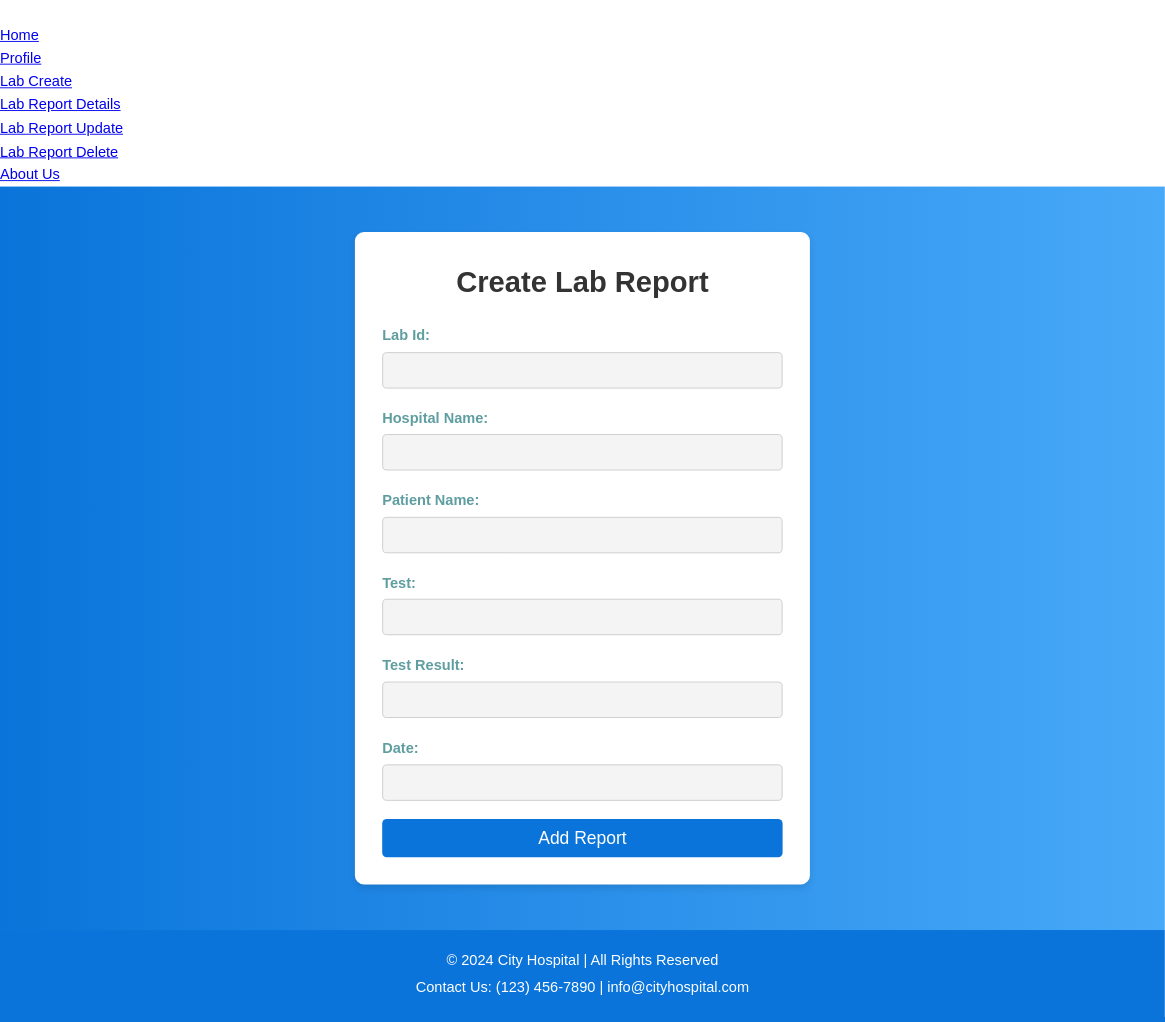
Repository: MonaliWatareka/echanneling
Page: http://localhost/PatientDemo/LabReportCreate.jsp
The author's editor kept a copy of each file at every save. The page is drawn from the files as they stood at one save, then again after the next save.
The browser window is 1280 px wide. The pictures show the whole page, at 91% of full size.
The page is served by Tomcat 10. Other server files are loaded and not shown.

Above is the page before, as saved 2024-10-13 07:37:03.
Not found: Project/PatientDemo/PatientDemo/Images/hui.jpg

### Project/PatientDemo/src/main/webapp/LabReportCreate.jsp
<%@ page language="java" contentType="text/html; charset=UTF-8"
    pageEncoding="UTF-8"%>
 <!DOCTYPE html>
<html>
<head>
<meta charset="UTF-8">
<title>Insert title here</title>
<link rel="stylesheet" href="${pageContext.request.contextPath}/css/LabReportCreate.css">
<link rel="stylesheet" href="${pageContext.request.contextPath}/css/Home.css">
</head>
<body>
    <header>
        <div class="header-container">
        <div class="logo">
                <img src="${pageContext.request.contextPath}/Images/hui.jpg" alt="">
              </div>
            <nav>
                <ul>
                    <li><a href="Home.jsp">Home</a></li>
                    <li><a href="Profile.jsp">Profile</a></li>
                    <li><a href="LabReportCreate.jsp">Lab Create</a></li>
                    <li><a href="LabReport.jsp">Lab Report Details</a></li>
                    <li><a href="labReportupdate.jsp">Lab Report Update</a></li>
                    <li><a href="LabReportDelete.jsp">Lab Report Delete</a></li>
                    <li><a href="Aboutus.jsp">About Us</a></li>
                </ul>
            </nav>
        </div>
    </header>

<section id="profile-section">
    <div class="profile-container">
        <h2>Create Lab Report</h2>
        <form action="insert" method="post">
            <div class="profile-field">
                <label for="HID">Lab Id:</label>
                <input type="text" id="id" name="lid" readonly>
            </div>
            <div class="profile-field">
                <label for="Hname">Hospital Name:</label>
                <input type="text" id="id" name="hname" required>
            </div>


            <div class="profile-field">
                <label for="Pname">Patient Name:</label>
                <input type="text" id="id" name="pname" required>
            </div>
            <div class="profile-field">
                <label for="test">Test:</label>
                <input type="text" id="name" name="test" required>
            </div>
            <div class="profile-field">
                <label for="details">Test Result:</label>
                <input type="text" id="address" name="details" required>
            </div>
            <div class="profile-field">
                <label for="date">Date:</label>
                <input type="text" id="phone" name="date" required>
            </div>

            <button type="submit" class="update-btn">Add Report</button>
        </form>
    </div>
</section>

    <footer>
        <div class="footer-container">
            <p>© 2024 City Hospital | All Rights Reserved</p>
            <p>Contact Us: (123) 456-7890 | info@cityhospital.com</p>
        </div>
    </footer>
</body>
</html>

### Project/PatientDemo/src/main/webapp/css/LabReportCreate.css
@charset "UTF-8";
#profile-section {
    background: linear-gradient(to right, #0a74da, #48a9f8);
    padding: 50px 20px;
    display: flex;
    justify-content: center;
    align-items: center;
}

.profile-container {
    background-color: #fff;
    padding: 30px;
    border-radius: 10px;
    width: 500px;
    box-shadow: 0 4px 8px rgba(0, 0, 0, 0.1);
    text-align: center;
}

.profile-container h2 {
    font-size: 2rem;
    margin-bottom: 20px;
    color: #333;
}

.profile-field {
    margin-bottom: 20px;
}

.profile-field label {
    display: block;
    text-align: left;
    font-size: 1rem;
    font-weight: bold;
    margin-bottom: 5px;
}

.profile-field input {
    width: 100%;
    padding: 10px;
    border-radius: 5px;
    border: 1px solid #ccc;
    font-size: 1rem;
    background-color: #f4f4f4;
}

.update-btn {
    background-color: #0a74da;
    color: #fff;
    padding: 10px 20px;
    border-radius: 5px;
    border: none;
    font-size: 1.2rem;
    cursor: pointer;
    width: 100%;
}

.update-btn:hover {
    background-color: #0056a3;
}

### Project/PatientDemo/src/main/webapp/css/Home.css
@charset "UTF-8";

* {
    margin: 0;
    padding: 0;
    box-sizing: border-box;
}

body {
    font-family: Arial, sans-serif;
    line-height: 1.6;
    color: cadetblue;
}




#hero {
    background: url('https://www.example.com/hospital-banner.jpg') no-repeat center center/cover;
    height: 70vh;
    display: flex;
    justify-content: center;
    align-items: center;
    color: #fff;
    text-align: center;
}

#hero h2 {
    font-size: 3rem;
    margin-bottom: 20px;
}

#hero p {
    font-size: 1.2rem;
    margin-bottom: 30px;
}

.cta-btn {
    background-color: #fff;
    color: #fff;
    padding: 10px 20px;
    border-radius: 5px;
    text-decoration: none;
    font-size: 1.2rem;
}


#services {
    padding: 50px 20px;
    background-color: #f4f4f4;
    text-align: center;
}

#services h2 {
    font-size: 2.5rem;
    margin-bottom: 40px;
}

.services-container {
    display: flex;
    justify-content: space-around;
    flex-wrap: wrap;
}

.service-box {
    background-color: #fff;
    padding: 20px;
    margin: 20px;
    border-radius: 10px;
    box-shadow: 0 4px 8px rgba(0, 0, 0, 0.1);
    flex-basis: 20%;
    text-align: center;
}

.service-box h3 {
    font-size: 1.8rem;
    margin-bottom: 15px;
}

.service-box p {
    font-size: 1rem;
}

footer {
    background-color: #0a74da;
    color: #fff;
    padding: 20px;
    text-align: center;
}

footer p {
    margin-bottom: 5px;
}

After the next save:
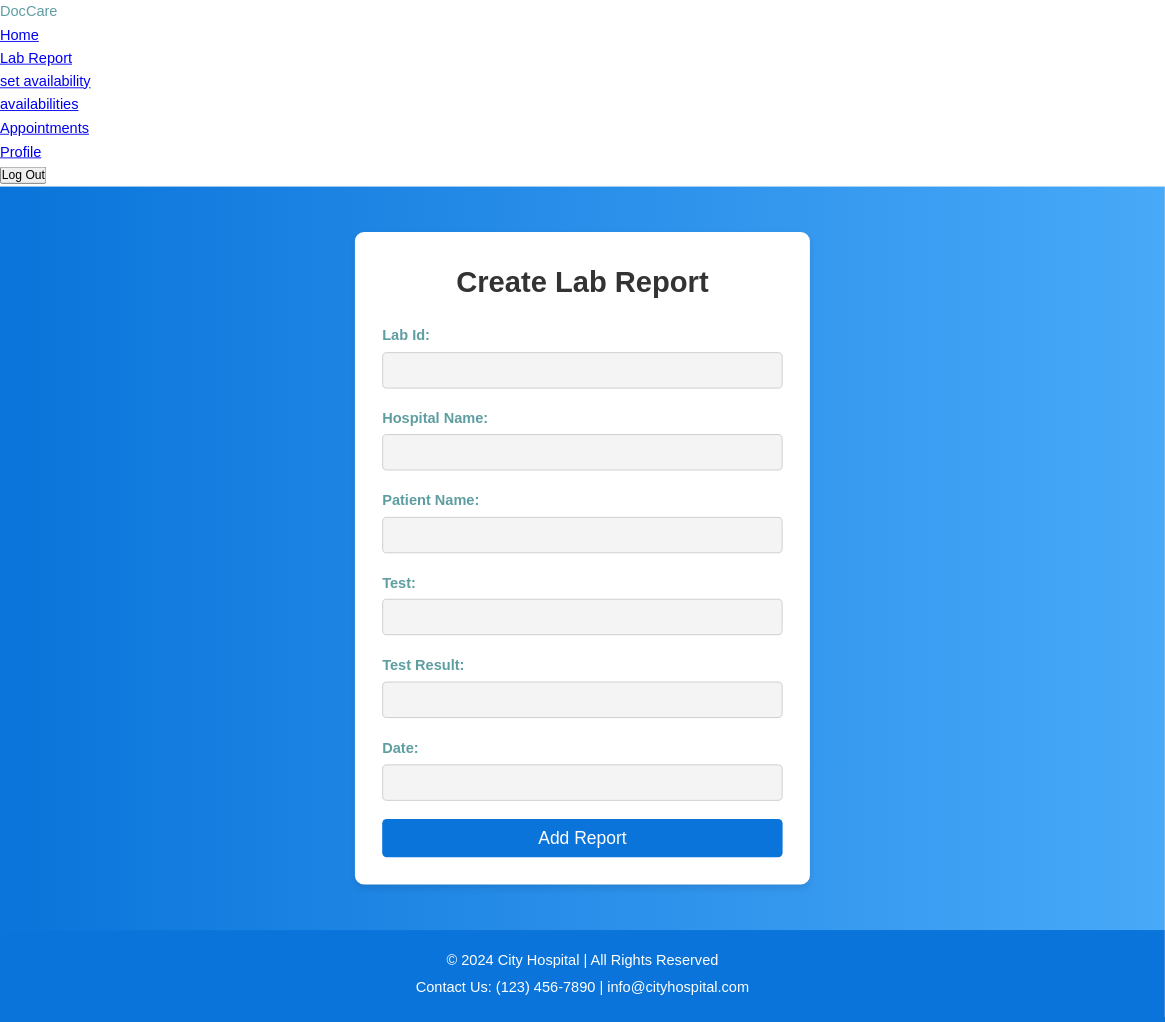
Saved 119 s later.
--- a/Project/PatientDemo/src/main/webapp/LabReportCreate.jsp
+++ b/Project/PatientDemo/src/main/webapp/LabReportCreate.jsp
@@ -10,23 +10,25 @@
 </head>
 <body>
     <header>
-        <div class="header-container">
-        <div class="logo">
-                <img src="${pageContext.request.contextPath}/Images/hui.jpg" alt="">
-              </div>
-            <nav>
-                <ul>
-                    <li><a href="Home.jsp">Home</a></li>
-                    <li><a href="Profile.jsp">Profile</a></li>
-                    <li><a href="LabReportCreate.jsp">Lab Create</a></li>
-                    <li><a href="LabReport.jsp">Lab Report Details</a></li>
-                    <li><a href="labReportupdate.jsp">Lab Report Update</a></li>
-                    <li><a href="LabReportDelete.jsp">Lab Report Delete</a></li>
-                    <li><a href="Aboutus.jsp">About Us</a></li>
+            <nav class="navbar">
+                <div class="logo">DocCare</div>
+                <ul class="nav-links">
+                    <li><a href="#" class="link active" >Home</a></li>
+                     <li><a href="#" class="link ">Lab Report</a></li>
+                    <li><a href="set" class="link ">set availability</a></li>
+
+                    <li><a href="display" class="link ">availabilities</a></li>
+                    <li><a href="AppointmentDisplayServlet" class="link ">Appointments</a></li>
+                    <li><a href="PatientAccServlet" class="link ">Profile</a></li>
                 </ul>
+                <div class="auth-buttons">
+
+                    <form action="logoutServlet" method="get">
+                        <button type="submit" class="btn">Log Out</button>
+                    </form>
+                </div>
             </nav>
-        </div>
-    </header>
+        </header>
 
 <section id="profile-section">
     <div class="profile-container">
